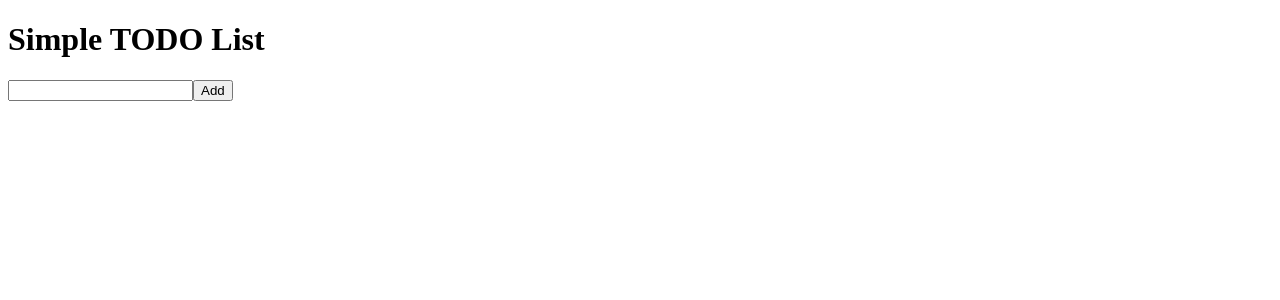
Repository: chenguocan/React-todoList
Page: todolist.html
The author's editor kept a copy of each file at every save. The page is drawn from the files as they stood at one save, then again after the next save.
The browser window is 1280 px wide. The pictures show the whole page.

Above is the page before, as saved 2020-09-12 15:21:08.

### todolist.html
<!DOCTYPE html>
<html lang="en">

<head>
    <meta charset="UTF-8">
    <meta name="viewport" content="width=device-width, initial-scale=1.0">
    <title>Document</title>
</head>

<body>
    <div class="test"></div>
    <script src="./js/babel.min.js"></script>
    <script src="./js/prop-types.js"></script>
    <script src="./js/react.development.js"></script>
    <script src="./js/react-dom.development.js"></script>
    <script type="text/babel">
        class Title extends React.Component {
            constructor() {
                super()
            }
            render() {
                return (
                    <div>
                        <h1>Simple TODO List</h1>
                    </div>
                )
            }
        }

        class MessageInput extends React.Component {
            state = { nameList: [] };
            myRef = React.createRef();
            person = ["123"];
            myClick = () => {
                this.person.push(this.myRef.current.value);
                // this.setState = ({ name: this.state.name.push(this.person) });
                // console.log(this.state);
            }
            render() {
                return (
                    <div>
                        <input type="text" ref={this.myRef} />
                        <button onClick={this.myClick}>Add</button>
                        <List name={this.person} />
                    </div>
                )
            }
        }

        class List extends React.Component {
            constructor() {
                super();
                console.log(this.props);
            }
            render() {
                return (
                    <div>
                        <ul>

                        </ul>
                    </div>
                )
            }
        }

        class View extends React.Component {
            render() {
                return (
                    <div>
                        <Title />
                        <MessageInput />
                    </div>
                )
            }
        }

        ReactDOM.render(<View />, document.querySelector(".test"));

    </script>
</body>

</html>

Loaded but not shown: js/babel.min.js (library); js/react-dom.development.js (library); js/react.development.js (3155 lines, source omitted); js/prop-types.js (1337 lines, source omitted)

After the next save:
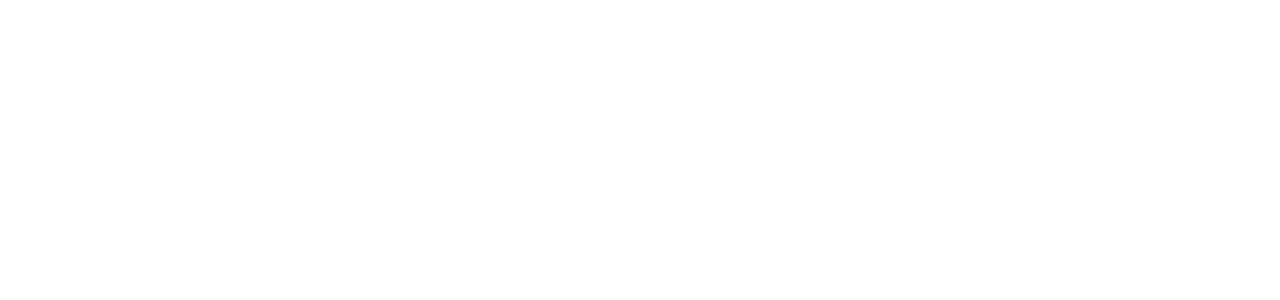
Console error (its wording comes from the project's code and is left out).
Saved 22 s later.
--- a/todolist.html
+++ b/todolist.html
@@ -56,7 +56,7 @@
                 return (
                     <div>
                         <ul>
-
+                            {this.props}
                         </ul>
                     </div>
                 )

After the save that followed:
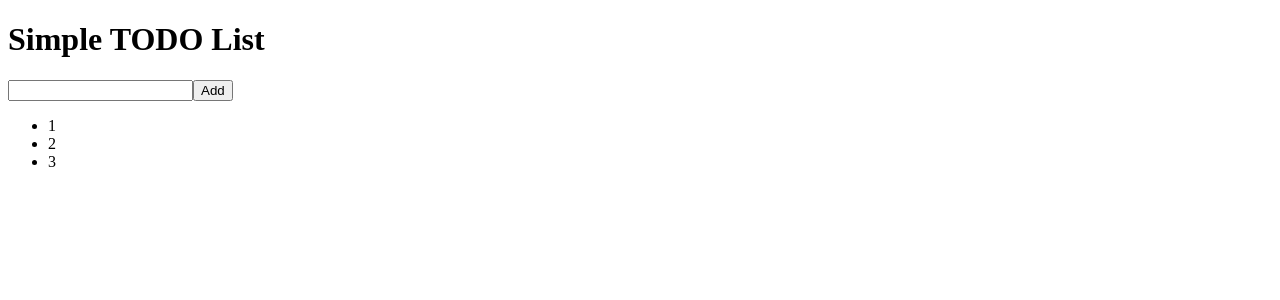
The error is gone.
Saved 20 s later.
--- a/todolist.html
+++ b/todolist.html
@@ -56,7 +56,9 @@
                 return (
                     <div>
                         <ul>
-                            {this.props}
+                            <li>1</li>
+                            <li>2</li>
+                            <li>3</li>
                         </ul>
                     </div>
                 )
